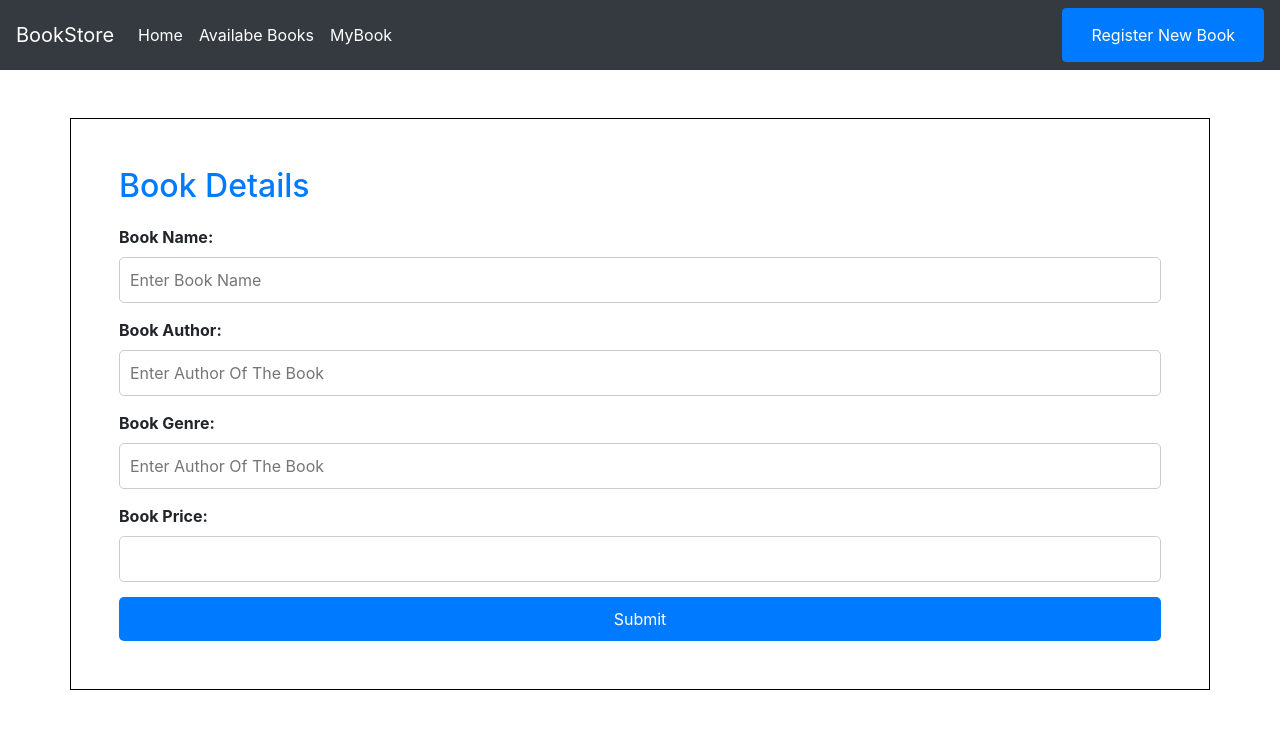
Repository: Sumanta-Sahoo/BookStoreApp
Page: bookstore/src/main/resources/static/bookRegister.html
An editor plug-in stored every save of this project. The page is shown before and after the next save, followed by the edit.
The browser window is 1280 px wide. The pictures show the whole page.

Above is the page before, as saved 2024-03-15 12:04:09.

After the next save:
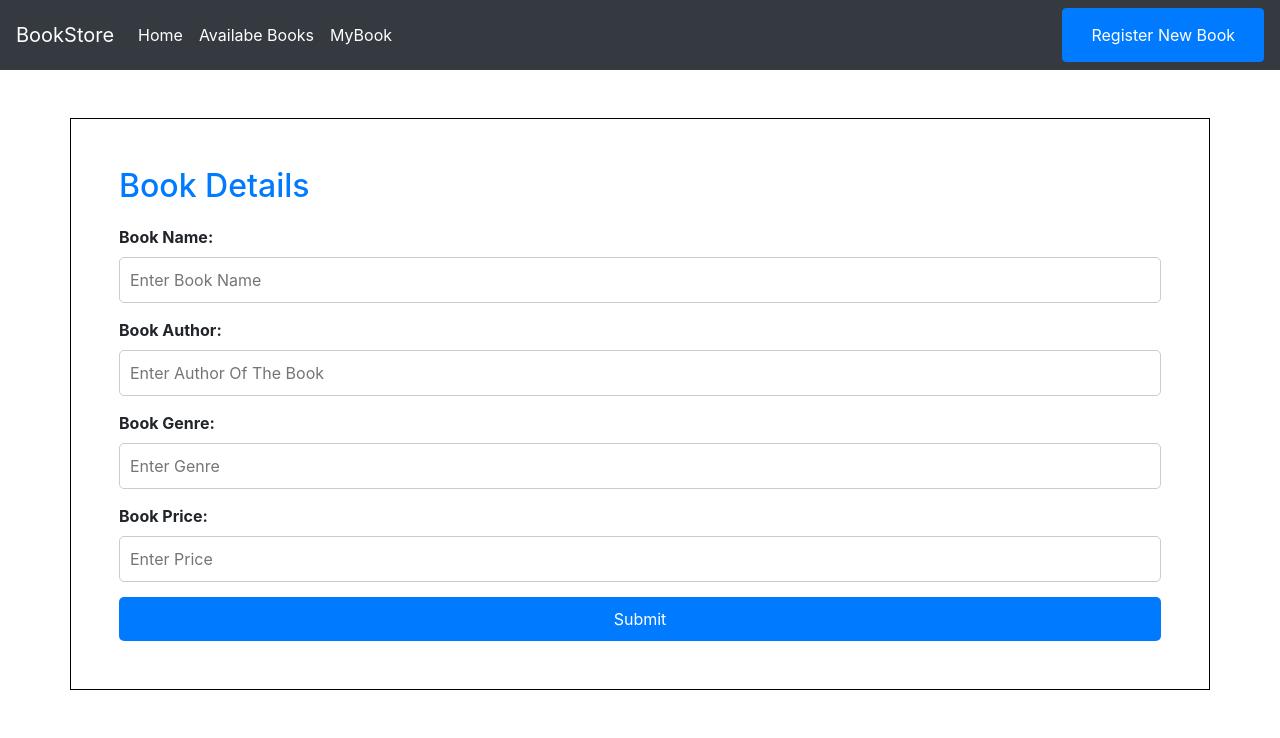
Saved 52 s later.
--- a/bookstore/src/main/resources/static/bookRegister.html
+++ b/bookstore/src/main/resources/static/bookRegister.html
@@ -60,13 +60,13 @@
 
 			<div style="margin-bottom: 15px;">
 				<label for="bookGenre" style="display: block; font-weight: bold;">Book Genre:</label>
-				<input type="text" id="bookGenre" name="bookGenre"placeholder="Enter Author Of The Book"
+				<input type="text" id="bookGenre" name="bookGenre"placeholder="Enter Genre"
 					style="width: 100%; padding: 10px; font-size: 16px; border-radius: 5px; border: 1px solid #ccc; box-sizing: border-box;">
 			</div>
 
 			<div style="margin-bottom: 15px;">
 				<label for="bookPrice" style="display: block; font-weight: bold;">Book Price:</label>
-				<input type="text" id="bookPrice" name="bookPrice"
+				<input type="text" id="bookPrice" name="bookPrice" placeholder="Enter Price"
 					style="width: 100%; padding: 10px; font-size: 16px; border-radius: 5px; border: 1px solid #ccc; box-sizing: border-box;">
 			</div>
 
